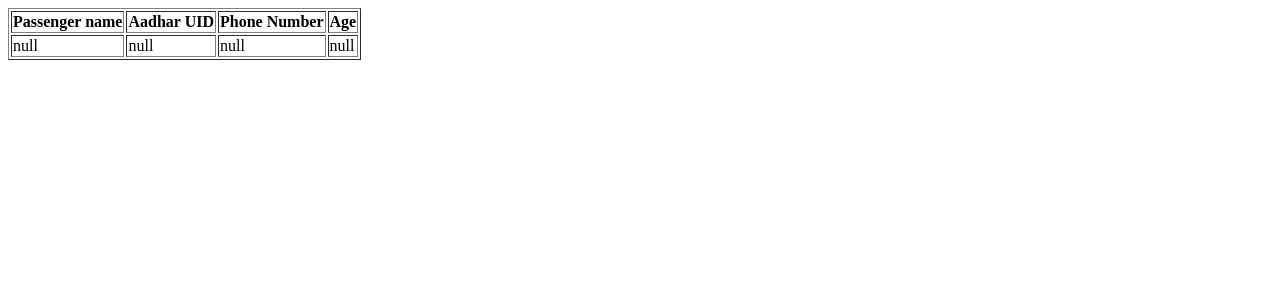
Repository: manishmachha/Project-FlyAway
Page: http://localhost/FlyAway/showdetails.jsp
The author's editor kept a copy of each file at every save. The page is drawn from the files as they stood at one save, then again after the next save.
The browser window is 1280 px wide. The pictures show the whole page.
The page is served by Tomcat 9. The database holds what the project's SQL file puts in it.

Above is the page before, as saved 2022-01-04 07:21:21.

### FlyAway/src/main/webapp/showdetails.jsp
<%@ page language="java" contentType="text/html; charset=ISO-8859-1"
    pageEncoding="ISO-8859-1"%>
<%
String name=request.getParameter("fullname");
String UID=request.getParameter("uid");
String phone=request.getParameter("phone");
String age=request.getParameter("age");
%>
<table border="1">
	<tr>
		<th> Passenger name</th>
		<th>Aadhar UID</th>
		<th>Phone Number</th>
		<th>Age</th>
	</tr>
	<tr>
		<td><%=name%></td>
		<td><%=UID%></td>
		<td><%=phone%></td>
		<td><%=age%></td>
		</tr>
		</table>

### FlyAway/Databases/Flyaway.sql (the tables this page reads)
CREATE TABLE `flights` (
  `NAME` varchar(10) DEFAULT NULL,
  `AIRLINE` varchar(20) DEFAULT NULL,
  `WAY` varchar(20) DEFAULT NULL,
  `PRICE` varchar(10) DEFAULT NULL,
  `source` varchar(20) DEFAULT NULL,
  `destination` varchar(20) DEFAULT NULL
) ENGINE=InnoDB DEFAULT CHARSET=utf8mb4 COLLATE=utf8mb4_0900_ai_ci;

INSERT INTO `flights` VALUES ('INDG1','INDIGO','HYD-DEL','5000','Hyderabad','Delhi'),('INDG2','INDIGO','HYD-KOL','5000','Hyderabad','Kolkata'),('INDG3','INDIGO','HYD-MUM','5000','Hyderabad','Mumbai'),('INDG4','INDIGO','HYD-BAN','5000','Hyderabad','Bangalore'),('KING1','KINGFISHER','DEL-KOL','5000','Delhi','Kolkata'),('KING2','KINGFISHER','DEL-MUM','5000','Delhi','Mumbai'),('KING3','KINGFISHER','DEL-BAN','5000','Delhi','Bangalore'),('KING4','KINGFISHER','DEL-HYD','5000','Delhi','Hyderabad'),('SPIC1','SPICE JET','KOL-MUM','5000','Kolkata','Mumbai'),('SPIC2','SPICE JET','KOL-BAN','5000','Kolkata','Bangalore'),('SPIC3','SPICE JET','KOL-HYD','5000','Kolkata','Hyderabad'),('SPIC4','SPICE JET','KOL-DEL','5000','Kolkata','Delhi'),('AIRN1','AIR INDIA','MUM-BAN','5000','Mumbai','Bangalore'),('AIRN2','AIR INDIA','MUM-HYD','5000','Mumbai','Hyderabad'),('AIRN3','AIR INDIA','MUM-DEL','5000','Mumbai','Delhi'),('AIRN4','AIR INDIA','MUM-KOL','5000','Mumbai','Kolkata'),('TRUJ1','TRUE JET','BAN-HYD','5000','Bangalore','Hyderabad'),('TRUJ2','TRUE JET','BAN-DEL','5000','Bangalore','Delhi'),('TRUJ3','TRUE JET','BAN-KOL','5000','Bangalore','Kolkata'),('TRUJ4','TRUE JET','BAN-MUM','5000','Bangalore','Mumbai');

After the next save:
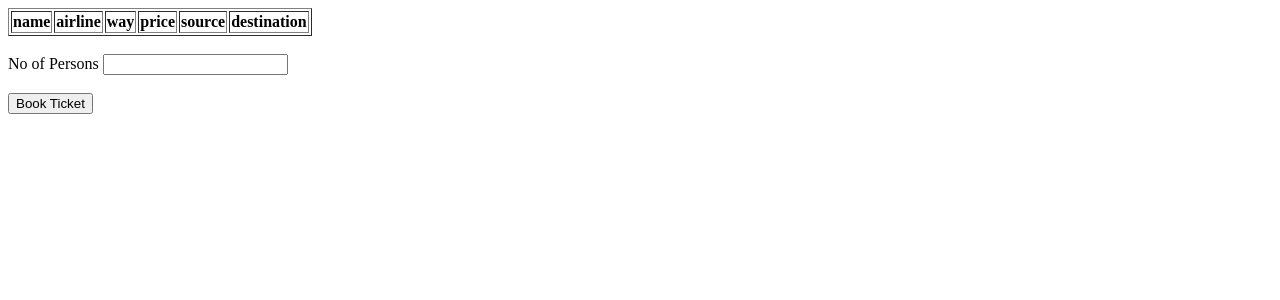
Saved 5 min 43 s later.
--- a/FlyAway/src/main/webapp/showdetails.jsp
+++ b/FlyAway/src/main/webapp/showdetails.jsp
@@ -1,22 +1,45 @@
 <%@ page language="java" contentType="text/html; charset=ISO-8859-1"
-    pageEncoding="ISO-8859-1"%>
+	pageEncoding="ISO-8859-1"%>
+<%@page import="java.sql.*"%>
 <%
-String name=request.getParameter("fullname");
-String UID=request.getParameter("uid");
-String phone=request.getParameter("phone");
-String age=request.getParameter("age");
+String SOURCE = request.getParameter("source");
+String DESTINATION = request.getParameter("destination");
+Class.forName("com.mysql.jdbc.Driver");
+String url = "jdbc:mysql://localhost:3306/flyaway";
+String user = "root";
+String pass = "2020";
+String sql = "select * from flights where source='" + SOURCE + "'and destination='" + DESTINATION + "'";
+Connection con = DriverManager.getConnection(url, user, pass);
+Statement st = con.createStatement();
+ResultSet rs = st.executeQuery(sql);
 %>
 <table border="1">
 	<tr>
-		<th> Passenger name</th>
-		<th>Aadhar UID</th>
-		<th>Phone Number</th>
-		<th>Age</th>
+		<th>name</th>
+		<th>airline</th>
+		<th>way</th>
+		<th>price</th>
+		<th>source</th>
+		<th>destination</th>
 	</tr>
+	<%
+	while (rs.next()) {
+	%>
 	<tr>
-		<td><%=name%></td>
-		<td><%=UID%></td>
-		<td><%=phone%></td>
-		<td><%=age%></td>
-		</tr>
-		</table>
+		<td><%=rs.getString(1)%></td>
+		<td><%=rs.getString(2)%></td>
+		<td><%=rs.getString(3)%></td>
+		<td><%=rs.getString(4)%></td>
+		<td><%=rs.getString(5)%></td>
+		<td><%=rs.getString(6)%></td>
+	</tr>
+	<%
+	}
+	%>
+</table>
+</br>
+<form action="customerdetails.jsp" method="post">
+	No of Persons <input type="number" name="no of persons"></br>
+	</br> <input type="submit" value="Book Ticket">
+
+</form>
